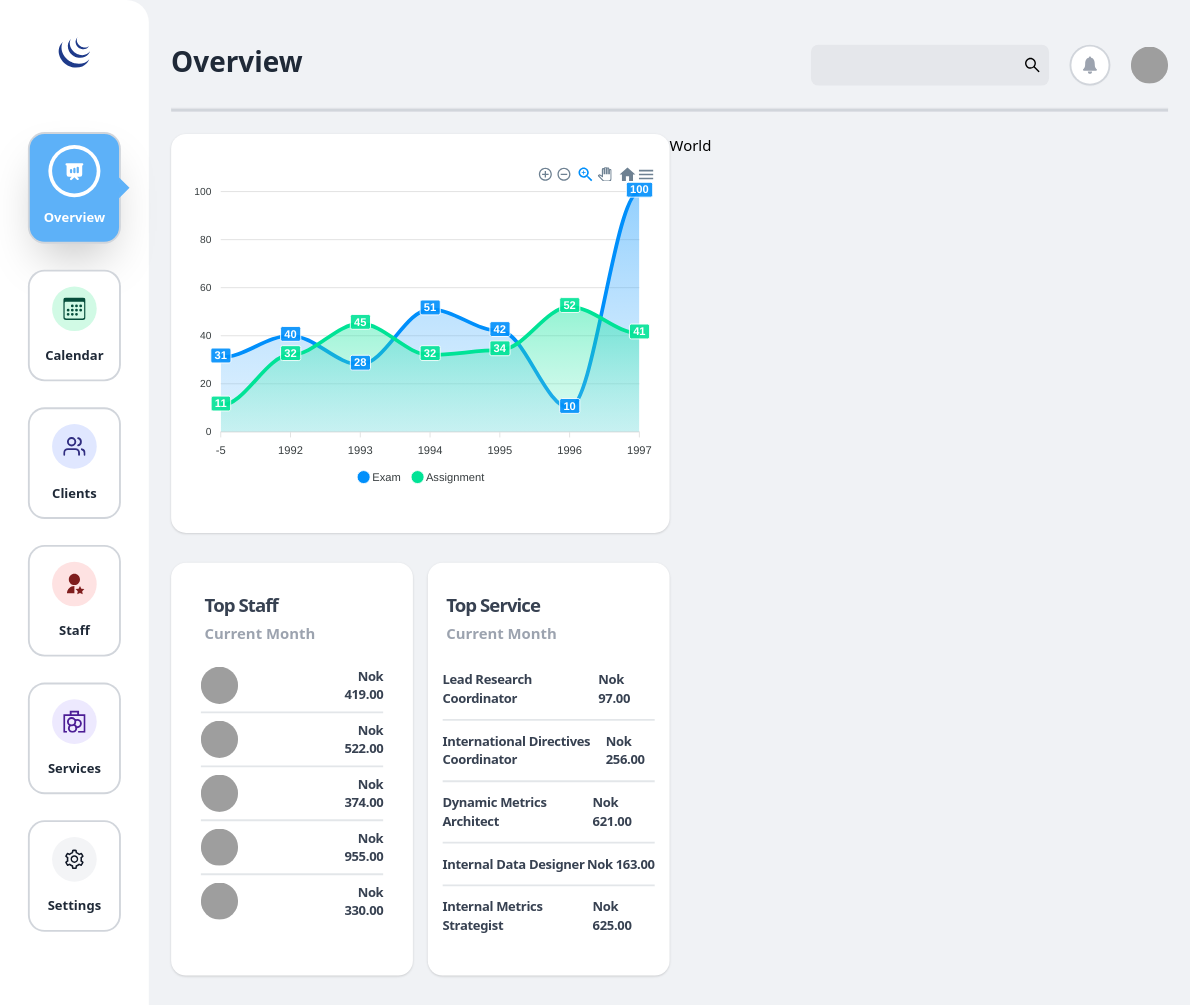
Repository: coolronts/dashboard
Page: /
An editor plug-in stored every save of this project. The page is shown before and after the next save, followed by the edit.
The browser window is 1280 px wide. The pictures show the whole page, at 93% of full size.
Pictures or frames that could not be fetched are drawn as grey boxes. The project was rebuilt for these pictures with package versions that can differ from the ones it lists, and the page was loaded fresh each time. Also part of the build but not shown: craco.config.js.

Above is the page before, as saved 2021-11-28 03:26:51.

After the next save:
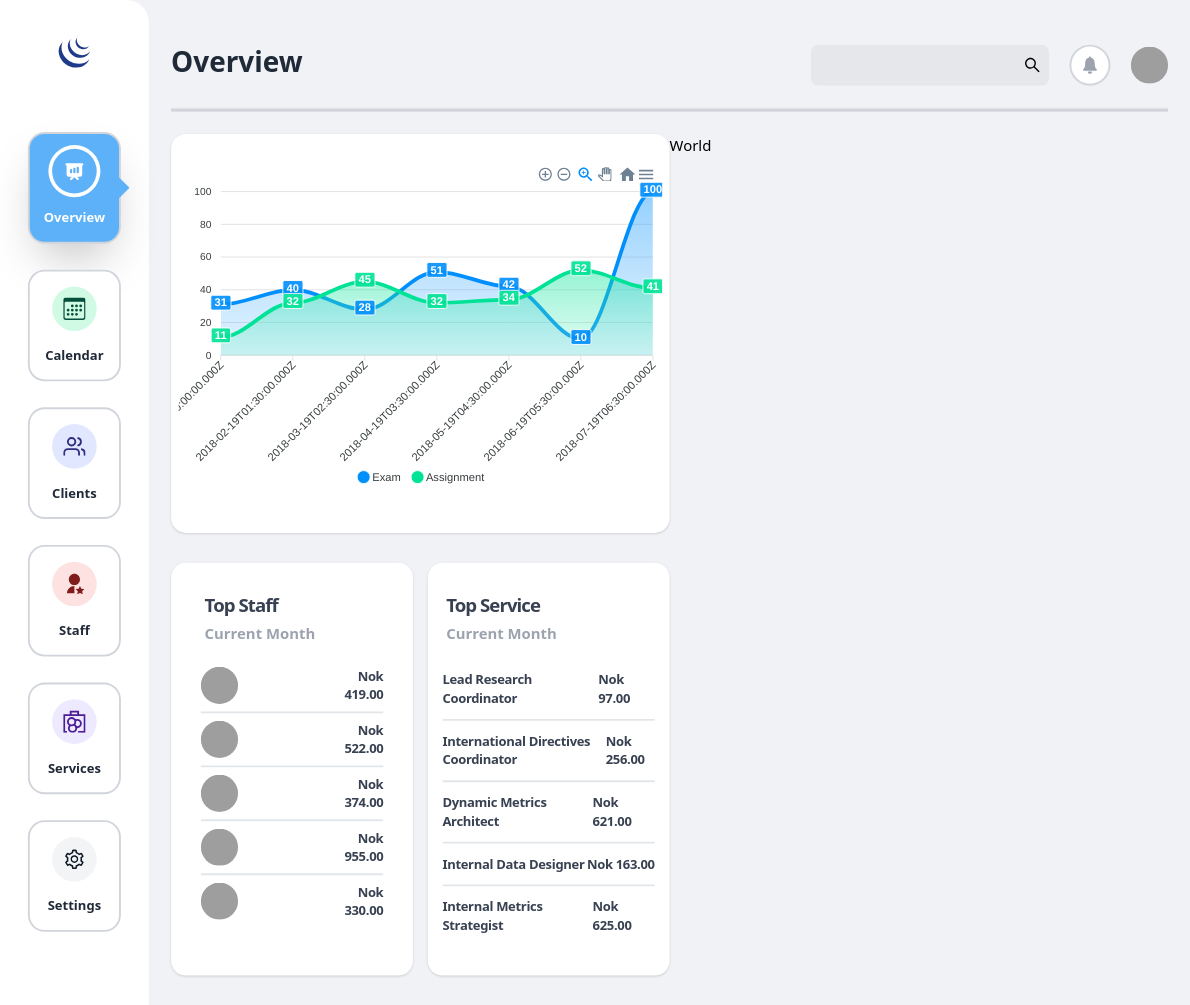
Saved 68 s later.
--- a/src/Components/Charts/MultiLine/index.tsx
+++ b/src/Components/Charts/MultiLine/index.tsx
@@ -16,7 +16,11 @@ const options = {
 
   },
   xaxis: {
-    categories: [1-6, 1992, 1993, 1994, 1995, 1996, 1997, 1998, 1999]
+    labels: {
+        format: 'MMM',
+      },
+      categories: ["2018-01-19T00:00:00.000Z", "2018-02-19T01:30:00.000Z", "2018-03-19T02:30:00.000Z", "2018-04-19T03:30:00.000Z", "2018-05-19T04:30:00.000Z", "2018-06-19T05:30:00.000Z", "2018-07-19T06:30:00.000Z"]
+
   }
 }
 
